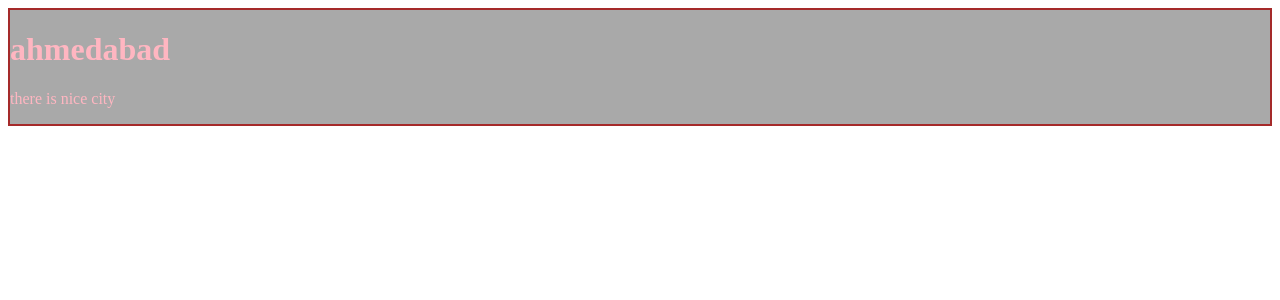
Repository: pratixa-chauhan/practice
Page: style/class.html
These files come from the project's save history. The page is drawn as it stood at one moment and after the next save; the edit follows.
The browser window is 1280 px wide. The pictures show the whole page.

Above is the page before, as saved 2021-12-17 12:24:06.

After the next save:
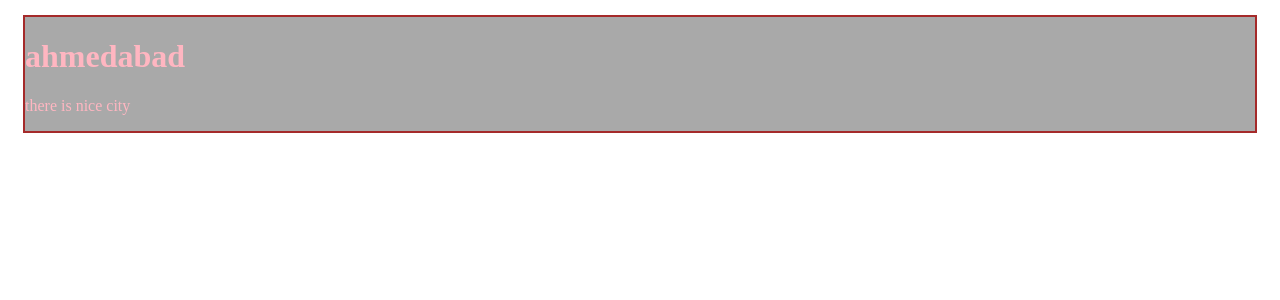
Saved 72 s later.
--- a/style/class.html
+++ b/style/class.html
@@ -6,7 +6,7 @@
                 background-color: darkgrey;
                 color: lightpink;
                 border: 2px solid brown;
-                margin: 5;
+                margin: 15px;
 
             }
 
